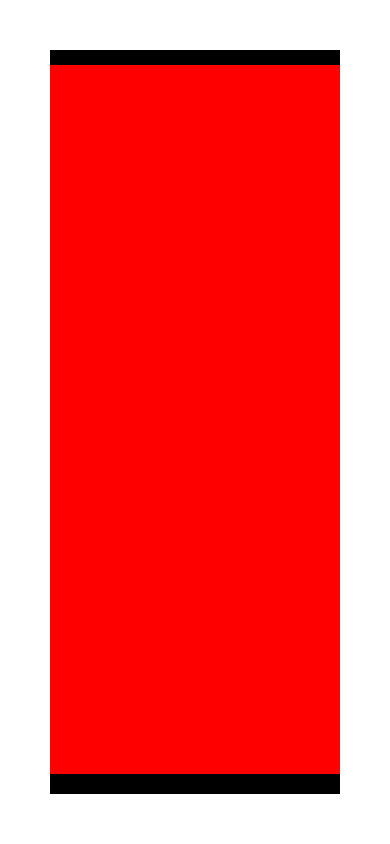
Repository: akinmiday/ReactNativeApp
Screen: /
These files come from the project's save history. The screen is drawn as it stood at one moment and after the next save; the edit follows.
The app was drawn by React Native's web renderer in a window 390 px wide. The project was rebuilt for these pictures with package versions that can differ from the ones it lists, and the page was loaded fresh each time.

Above is the screen before, as saved 2023-08-06 16:06:47.

After the next save:
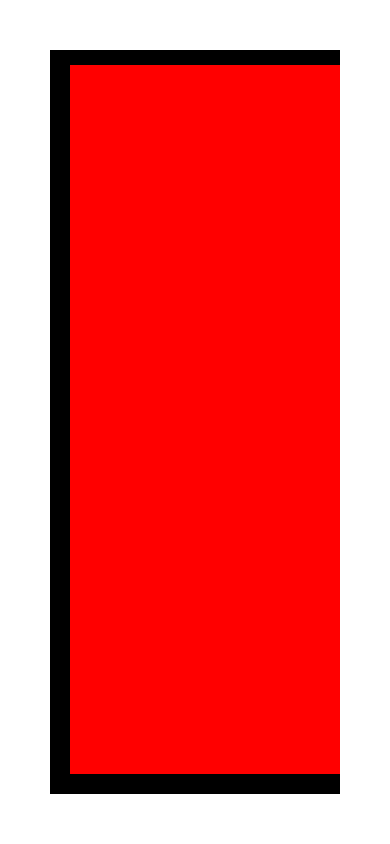
Saved 21 s later.
--- a/styles.js
+++ b/styles.js
@@ -8,6 +8,7 @@ const styles = StyleSheet.create({
     margin: 50,
     borderBottomWidth: 20,
     borderTopWidth: 15,
+    borderLeftWidth: 20,
   },
   input: {
     backgroundColor: "pink",
